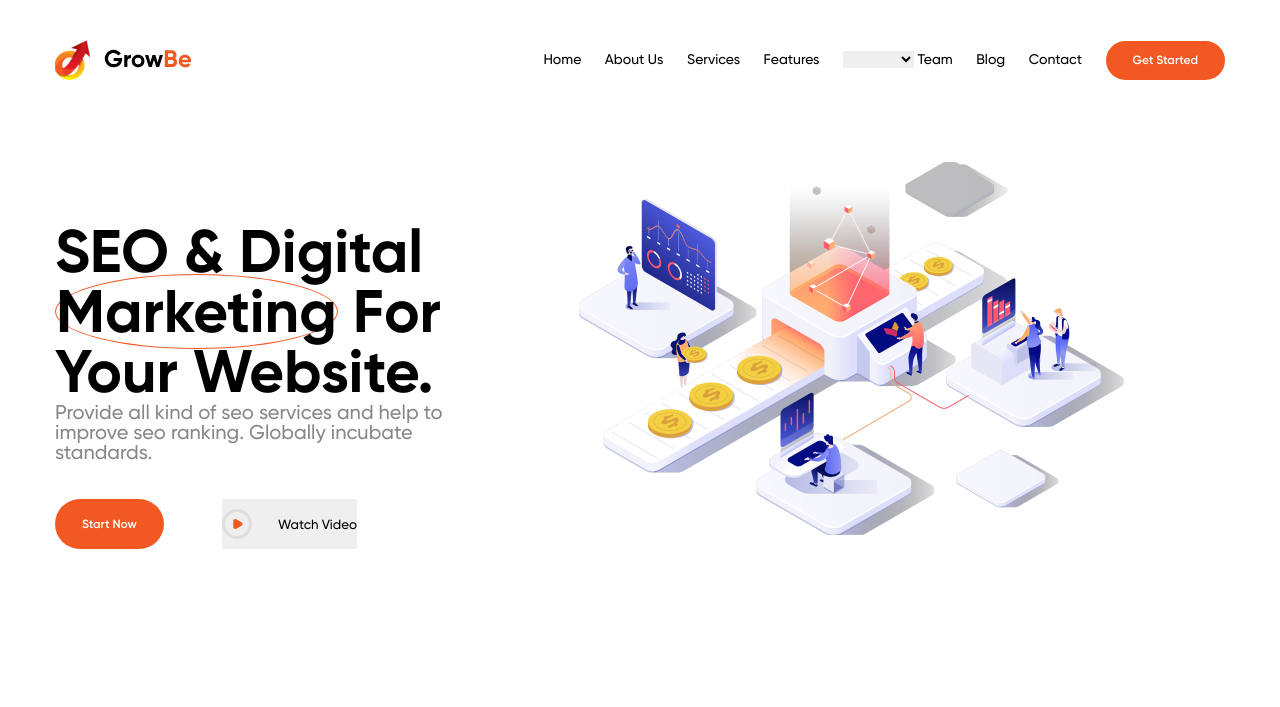
Repository: Alekseiy1980/GrowBe
Page: index.html
These files come from the project's save history. The page is drawn as it stood at one moment and after the next save; the edit follows.
The browser window is 1280 px wide. The pictures show the part of the page from y = 0 to 707 px (the page is 1628 px tall).
A picture or video elsewhere on the page could not be fetched, so the positions and the page height are approximate.

Above is the page before, as saved 2024-01-21 15:09:56.

### index.html
<!DOCTYPE html>
<html lang="en">
<head>
    <meta charset="UTF-8">
    <meta name="viewport" content="width=device-width, initial-scale=1.0">

    <link rel="stylesheet" href="css/reset.css">
    <link rel="stylesheet" href="css/style.css">
    <title>GrowBe</title>
</head>
<body>
    <header>
        <div class="menu_bar">
            <div class="logo">
                <a class="logo-link" href="#">
                    <img src="/img/Logo.svg"  />
                </a>
            </div>
            <nav>
                <a class="menu menu_activ" href="@">Home</a>
                <a class="menu" href="@"> About Us</a>
                <a class="menu" href="@">Services</a>
                <label class="menu menu_label" for="pet-select">Features</label>
                    <select name="pets" id="pet-select">
                    <option value=""></option>
                    <option value="dog">Dog</option>
                    <option value="cat">Cat</option>
                    <option value="hamster">Hamster</option>
                    <option value="parrot">Parrot</option>
                    <option value="spider">Spider</option>
                    <option value="goldfish">Goldfish</option>
                    </select>

                <a class="menu" href="@">Team</a>
                <a class="menu" href="@">Blog</a>
                <a class="menu" href="@">Contact</a>
                <button class="btn_menu" type="button">Get Started</button>
            </nav>
        </div>


        <div class="home_meta">
            <div class="home_content">
                <div class="home_title">
                    <div>SEO & Digital <span class="creat">Marketing</span>  For Your Website.</div>
                </div>
            <div class="sub_title">
                <p>Provide all kind of seo services and help to improve seo ranking. Globally incubate standards.</p>
            </div>

            <div class="btn_meta">
                <button class="btn_menu" type="button">Start Now</button>
                <button class="btn_video" type="button">
                    <div class="conteiner_btn">
                        <div class="comteiner_img">
                            <img class="btn_img"
                            src="img/play.svg"
                            alt="play"
                            />
                        </div>
                        <div class="comteiner_txt">
                            Watch Video
                        </div>
                    </div>

                    </button>
            </div>
            </div>
            <div class="home_img">
                <img  src="img/home_Image.png" alt="">
            </div>
        </div>
        <div class="brend">
            <a href="#" class="brebd_logo" ><img class="brebd_logo-img" src="img/1.svg" alt=""></a>
            <a href="#" class="brebd_logo" ><img class="brebd_logo-img" src="img/6.svg" alt=""></a>
            <a href="#" class="brebd_logo" ><img class="brebd_logo-img" src="img/3.svg" alt=""></a>
            <a href="#" class="brebd_logo" ><img class="brebd_logo-img" src="img/4.svg" alt=""></a>
            <a href="#" class="brebd_logo" ><img class="brebd_logo-img" src="img/5.svg" alt=""></a>
            <a href="#" class="brebd_logo" ><img class="brebd_logo-img" src="img/6.svg" alt=""></a>
        </div>
    </header>
</body>
</html>

### css/reset.css

* {
    padding: 0;
    margin: 0;
    border: 0;
}

*,
*::before,
*::after {
    -moz-box-sizing: border-box;
    -webkit-box-sizing: border-box;
    box-sizing: border-box;
}

:focus,
:active {
    outline: none;
}

a:focus,
a:active {
    outline: none;
}

nav,
footer,
header,
aside {
    display: block;
}

html,
body {
    height: 100%;
    width: 100%;
    font-size: 100%;
    line-height: 1;
    font-size: 14px;
    -ms-text-size-adjust: 100%;
    -moz-text-size-adjust: 100%;
    -webkit-text-size-adjust: 100%;
}

input,
button,
textarea {
    font-family: inherit;
}

input::-ms-clear {
    display: none;
}

button {
    cursor: pointer;
}

button::-moz-focus-inner {
    padding: 0;
    border: 0;
}

a,
a:visited {
    text-decoration: none;
}

a:hover {
    text-decoration: none;
}

ul li {
    list-style: none;
}

img {
    vertical-align: top;
}

h1,
h2,
h3,
h4,
h5,
h6 {
    font-size: inherit;
    font-weight: 400;
}

### css/style.css
@font-face {
	font-family: 'Gilroy-Bold';
	src: url(/fonts/Gilroy-Bold.ttf);
}


@font-face {
	font-family: 'Gilroy-Medium';
	src: url(/fonts/Gilroy-Medium.ttf);
}
@font-face{
    font-family: 'Gilroy_Regular';
    src: url(/fonts/Gilroy-Regular.ttf);
}

@font-face{
    font-family: 'Gilroy-SemiBold';
    src: url(/fonts/Gilroy-SemiBold.ttf);
}
body{
    font-family: Gilroy-Medium;
    font-size: 14px;
    font-weight: 400;
    background: #FFF;

}

header {
    width: 1170px;
    margin: 0 auto;
}


.menu_bar{
    display: flex;
    justify-content: space-between;
    align-items: center;
    margin-top: 40px;
    height: 40px;
}

.logo{
    width: 137px;

}

.menu{
    display: inline-block;
    color: #000;
    padding-top: 11px;
    padding-bottom: 12px;
    margin-right: 20px;

}

.menu:hover{
    color: #F25822;
    font-family: Gilroy-SemiBold;
}

.btn_menu{
    color: #FFF;
    font-family: Gilroy-SemiBold;
    font-size: 12px;
    border-radius: 30px;
    background: #F25822;
    padding:12px 27px 13px;
}

.btn_menu:hover{
    background: #f84504;
}


.home_meta{
    margin-top: 82px;
    margin-bottom:162px ;
    display: flex;
    width: 1170px;
}

.home_content{
    /* white-space: pre-wrap; */
    width: 522px;
    margin-bottom: 17px;
    padding-right: 40px;
    padding-top: 60.29px;

}

.home_title{
    color: #000;
    font-family: Gilroy-Bold;
    font-size: 60px;

}

.creat{
    border-radius: 50%;
    border: 1px solid #F25822;
    -webkit-border-radius: 50%;
    -moz-border-radius: 50%;
    -ms-border-radius: 50%;
    -o-border-radius: 50%;
}

.sub_title{
    color: #888;
    font-size: 20px;
    padding-right: 36px;
    margin-bottom: 37px;
}

.home_ing{
    width: 544px;
}
.btn_meta{
    display: flex;
    justify-content: space-between;
    width: 302px;
    height: 50px;
}
.btn_video{
    justify-content: space-between;
    width: 135px;
    align-content: center;
    /* margin-left: 27px; */
}
.conteiner_btn{

    display: flex;
    justify-content: space-between;
    align-items: center;
}

.comteiner_img{
    height: 30px;
    width: 30px;
}
/* .comteiner_txt{
    width: 105px;
} */

After the next save:
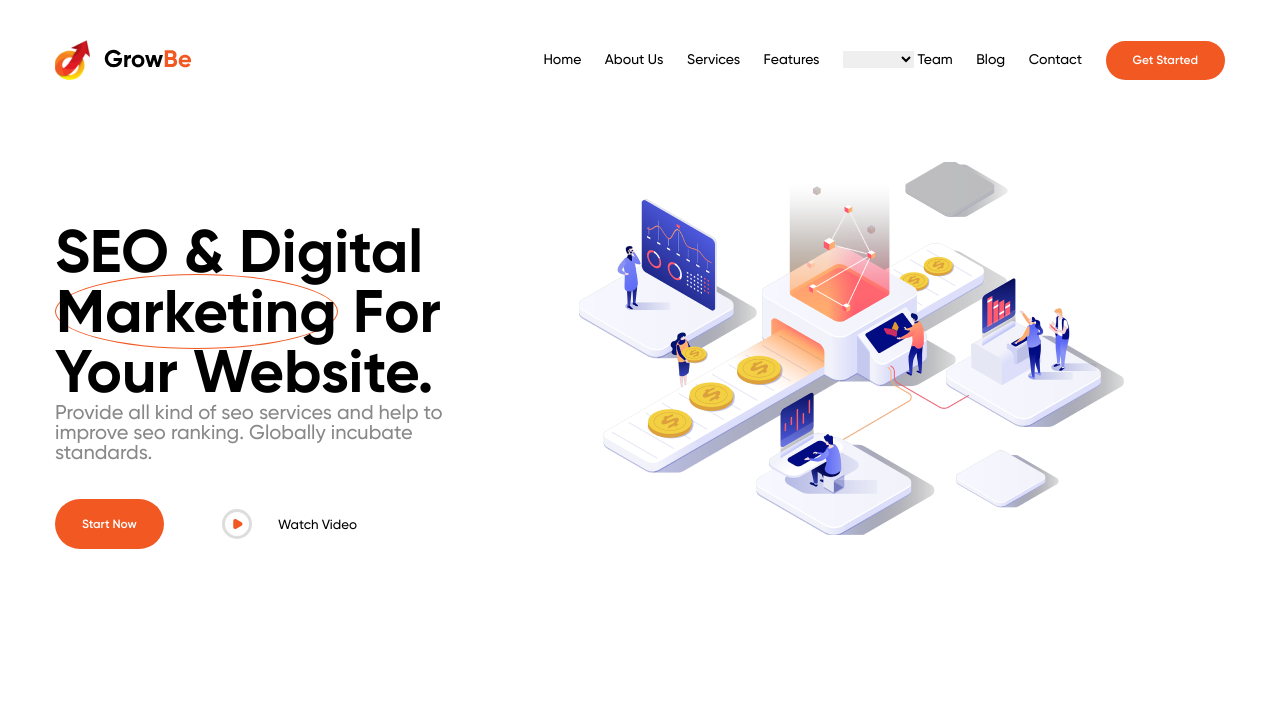
Saved 64 s later.
--- a/css/style.css
+++ b/css/style.css
@@ -124,6 +124,7 @@ header {
     justify-content: space-between;
     width: 135px;
     align-content: center;
+    background: #FFF;
     /* margin-left: 27px; */
 }
 .conteiner_btn{
